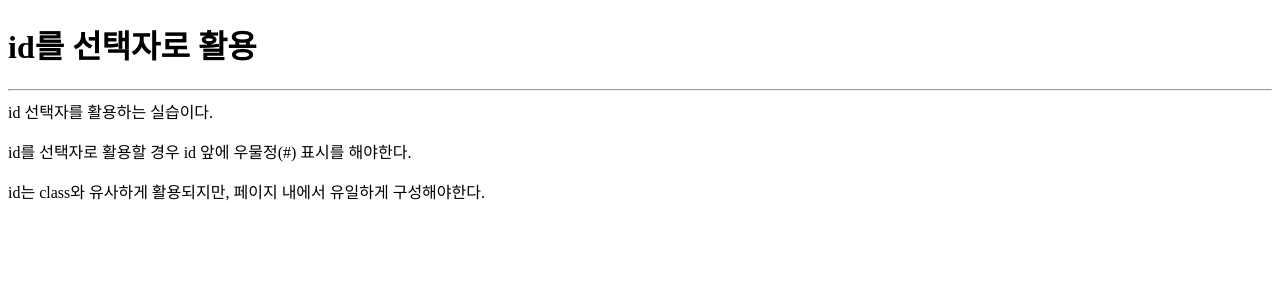
Repository: lolsoyeon/WebStudy
Page: WebApp02/WebContent/Test004.html
The author's editor kept a copy of each file at every save. The page is drawn from the files as they stood at one save, then again after a run of saves.
The browser window is 1280 px wide. The pictures show the whole page.

Above is the page before, as saved 2022-09-28 01:42:14.

After the next 2 saves:
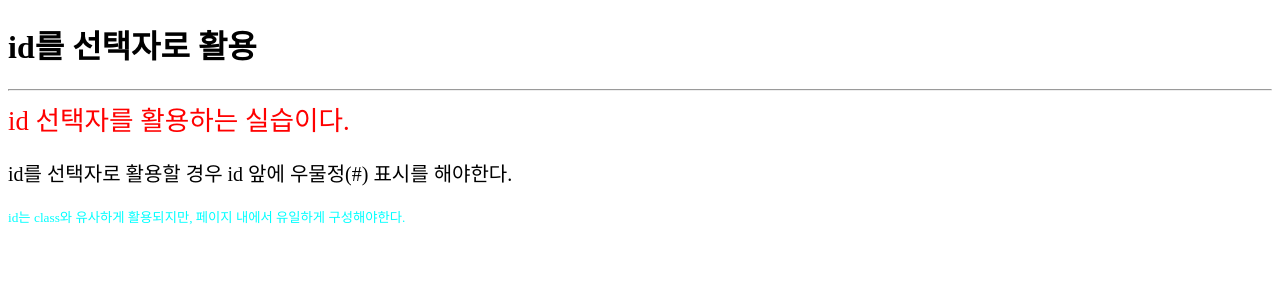
The 2 saves are shown as one change because they came seconds apart.
The last was saved 97 s later.
--- a/WebApp02/WebContent/Test004.html
+++ b/WebApp02/WebContent/Test004.html
@@ -5,7 +5,9 @@
 <title>Test004.html</title>
 
 <style type="text/css">
-
+	#a001 {color: red; font-family: 굴림; font-size: 20pt;}
+	#a002 {color: black; font-family: 궁서체; font-size: 15pt;}
+	#a003 {color: aqua; font-family: 맑은 고딕; font-size: 10pt;}
 
 </style>
 
